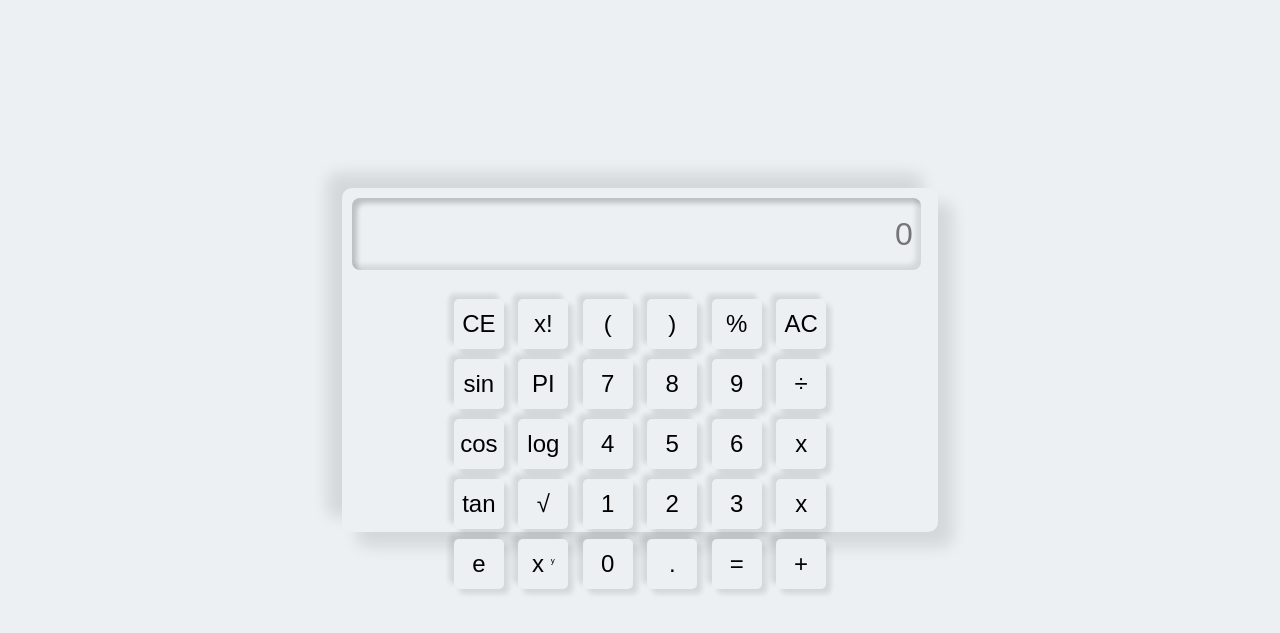
Repository: Haakim19/Scientific-Calculator
Page: intex.html
An editor plug-in stored every save of this project. The page is shown before and after the next save, followed by the edit.
The browser window is 1280 px wide. The pictures show the whole page.

Above is the page before, as saved 2024-10-27 12:08:19.

After the next save:
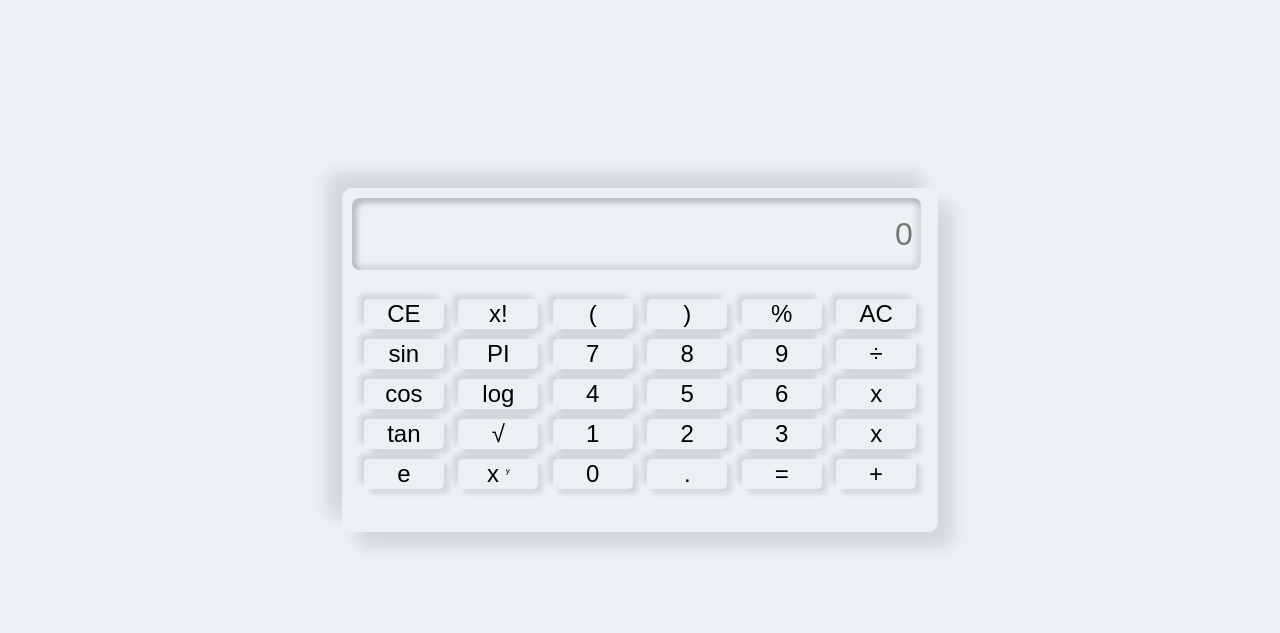
Saved 17 s later.
--- a/Style.css
+++ b/Style.css
@@ -45,8 +45,8 @@ body{
     flex-direction: column;
 }
 .btns .row button{
-    width: 50px;
-    height: 50px;
+    width: 80px;
+    height: 30px;
     margin: 5px;
     border: none;
     outline: none;
